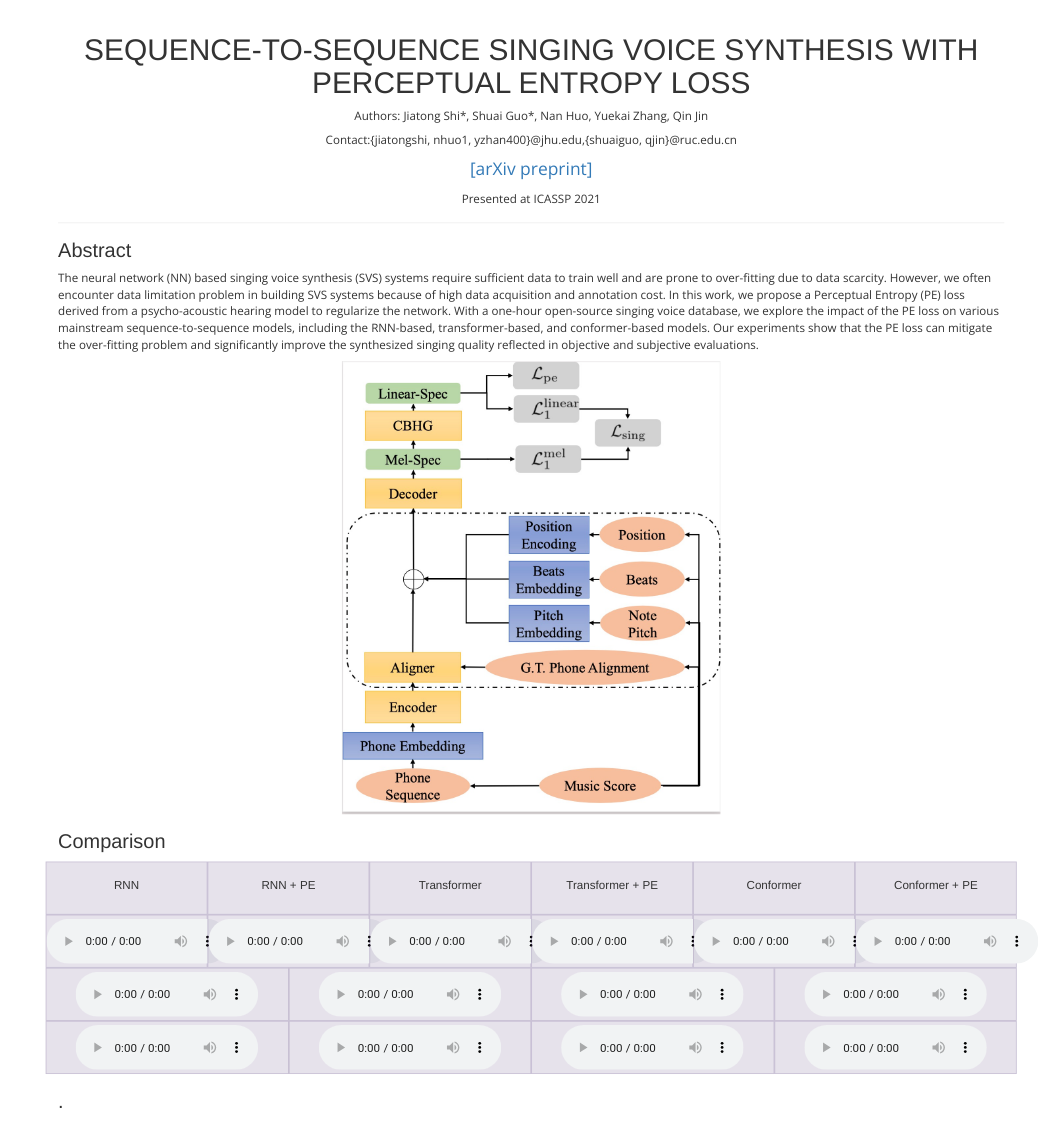
Repository: PeterGuoRuc/SVS_pe.github.io
Page: index.html
An editor plug-in stored every save of this project. The page is shown before and after the next save, followed by the edit.
The browser window is 1280 px wide. The pictures show the whole page, at 83% of full size.

Above is the page before, as saved 2021-06-06 17:03:43.

After the next save:
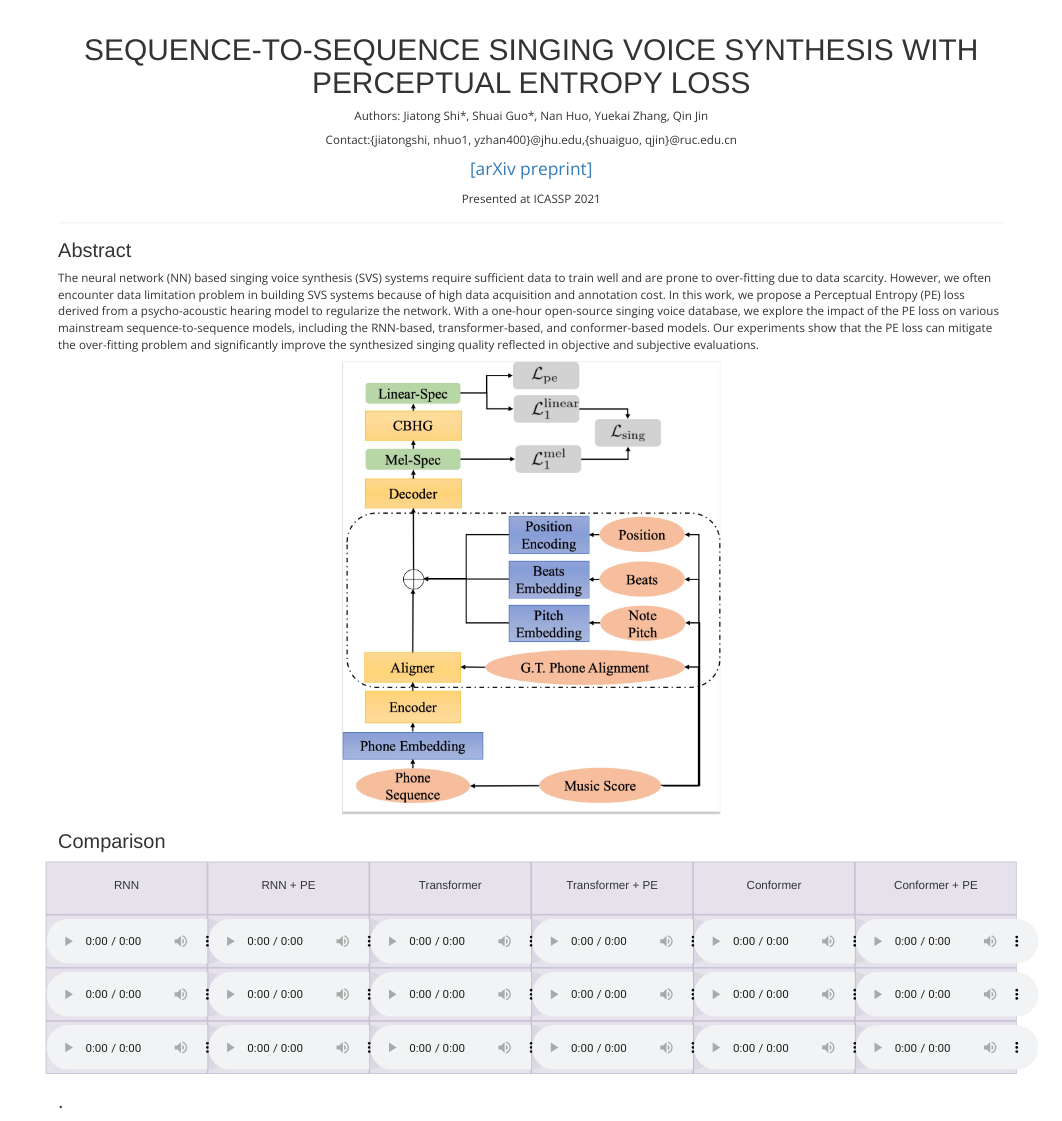
Saved 10 s later.
--- a/index.html
+++ b/index.html
@@ -82,16 +82,20 @@
         <div class="col-md-2"><audio src="files/4_Feel_4.mp3" controls></audio></div>
       </div>
       <div class="row">
-        <div class="col-md-3"><audio src="files/1_Feel_19.mp3" controls></audio></div>
-        <div class="col-md-3"><audio src="files/2_Feel_19.mp3" controls></audio></div>
-        <div class="col-md-3"><audio src="files/3_Feel_19.mp3" controls></audio></div>
-        <div class="col-md-3"><audio src="files/4_Feel_19.mp3" controls></audio></div>
+        <div class="col-md-2"><audio src="files/1_Feel_4.mp3" controls></audio></div>
+        <div class="col-md-2"><audio src="files/2_Feel_4.mp3" controls></audio></div>
+        <div class="col-md-2"><audio src="files/2_Feel_4.mp3" controls></audio></div>
+        <div class="col-md-2"><audio src="files/2_Feel_4.mp3" controls></audio></div>
+        <div class="col-md-2"><audio src="files/3_Feel_4.mp3" controls></audio></div>
+        <div class="col-md-2"><audio src="files/4_Feel_4.mp3" controls></audio></div>
       </div>
       <div class="row">
-        <div class="col-md-3"><audio src="files/1_Rio_8.mp3" controls></audio></div>
-        <div class="col-md-3"><audio src="files/2_Rio_8.mp3" controls></audio></div>
-        <div class="col-md-3"><audio src="files/3_Rio_8.mp3" controls></audio></div>
-        <div class="col-md-3"><audio src="files/4_Rio_8.mp3" controls></audio></div>
+        <div class="col-md-2"><audio src="files/1_Feel_4.mp3" controls></audio></div>
+        <div class="col-md-2"><audio src="files/2_Feel_4.mp3" controls></audio></div>
+        <div class="col-md-2"><audio src="files/2_Feel_4.mp3" controls></audio></div>
+        <div class="col-md-2"><audio src="files/2_Feel_4.mp3" controls></audio></div>
+        <div class="col-md-2"><audio src="files/3_Feel_4.mp3" controls></audio></div>
+        <div class="col-md-2"><audio src="files/4_Feel_4.mp3" controls></audio></div>
       </div>
 
       <h3>.</h3>
